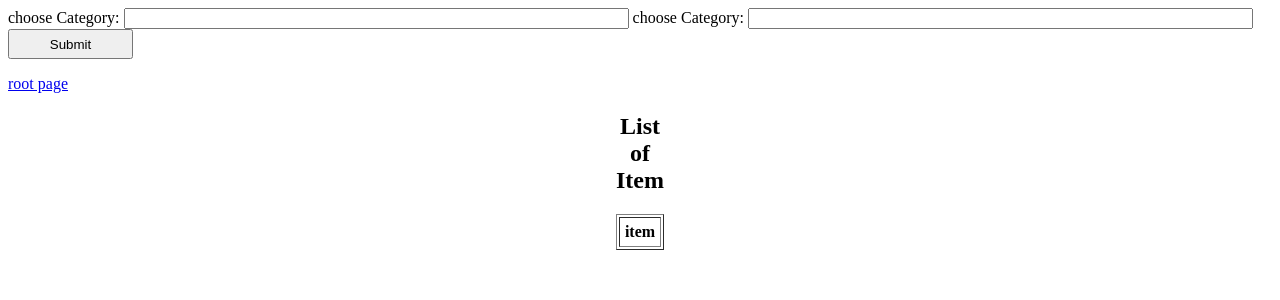
Repository: HamdanM/DatabaseProject
Page: http://localhost/DB3/Displaynum3.jsp
These files come from the project's save history. The page is drawn as it stood at one moment and after the next save; the edit follows.
The browser window is 1280 px wide. The pictures show the whole page.
The page is served by Tomcat 9. Nobody is signed in. The application's start-up code is not run.

Above is the page before, as saved 2019-07-27 22:56:16.

After the next save:
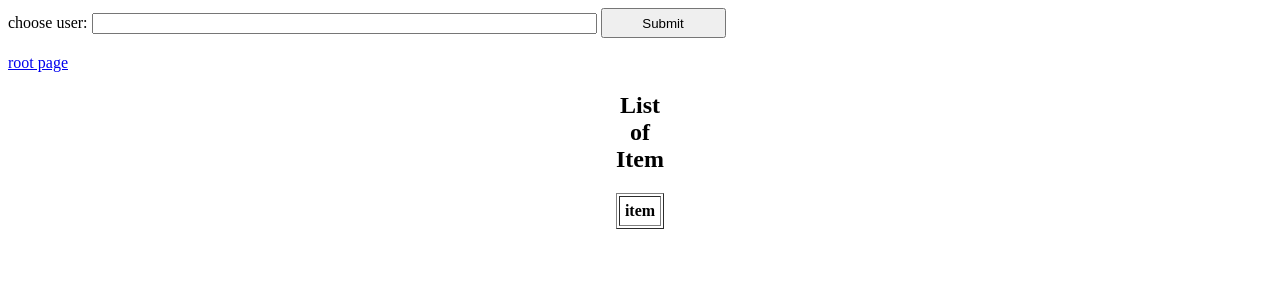
Saved 26 s later.
--- a/DB3/WebContent/Displaynum3.jsp
+++ b/DB3/WebContent/Displaynum3.jsp
@@ -11,12 +11,10 @@
 
 <form action="problemtwo" method="post">
         <input type="hidden" name="action"" >
-        <label>choose Category: <input
-                    type="text" name="cat1"
+        <label>choose user: <input
+                    type="text" name="useid"
                     size="60" maxlength="70" />
-        <label>choose Category: <input
-                    type="text" name="cat2"
-                    size="60" maxlength="70" />
+
           <input style="height:30px;width:125px" type="submit" name="submit" value="Submit" />
 
             </label></p>
